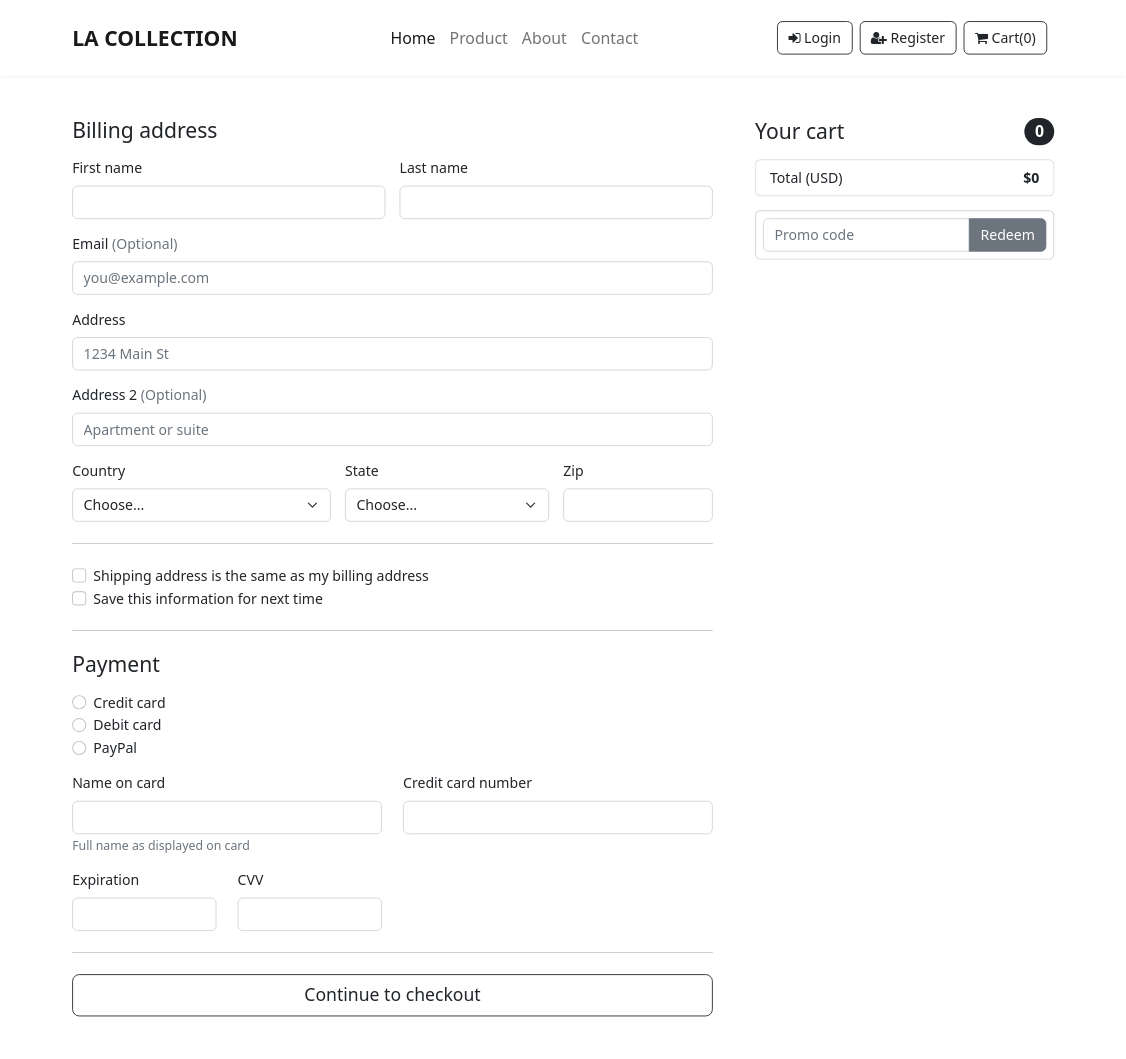
Repository: tiendungjr123/Ecommerce
Page: /checkout
The author's editor kept a copy of each file at every save. The page is drawn from the files as they stood at one save, then again after the next save.
The browser window is 1280 px wide. The pictures show the whole page, at 88% of full size.
The project was rebuilt for these pictures with package versions that can differ from the ones it lists, and the page was loaded fresh each time. Also part of the build but not shown: src/components/Products.jsx, src/components/Home.jsx, src/redux/action/index.js, src/components/ProductDetail.jsx, src/components/About.jsx, src/components/Contact.jsx, src/components/Cart.jsx.

Above is the page before, as saved 2022-10-04 21:14:02.

After the next save:
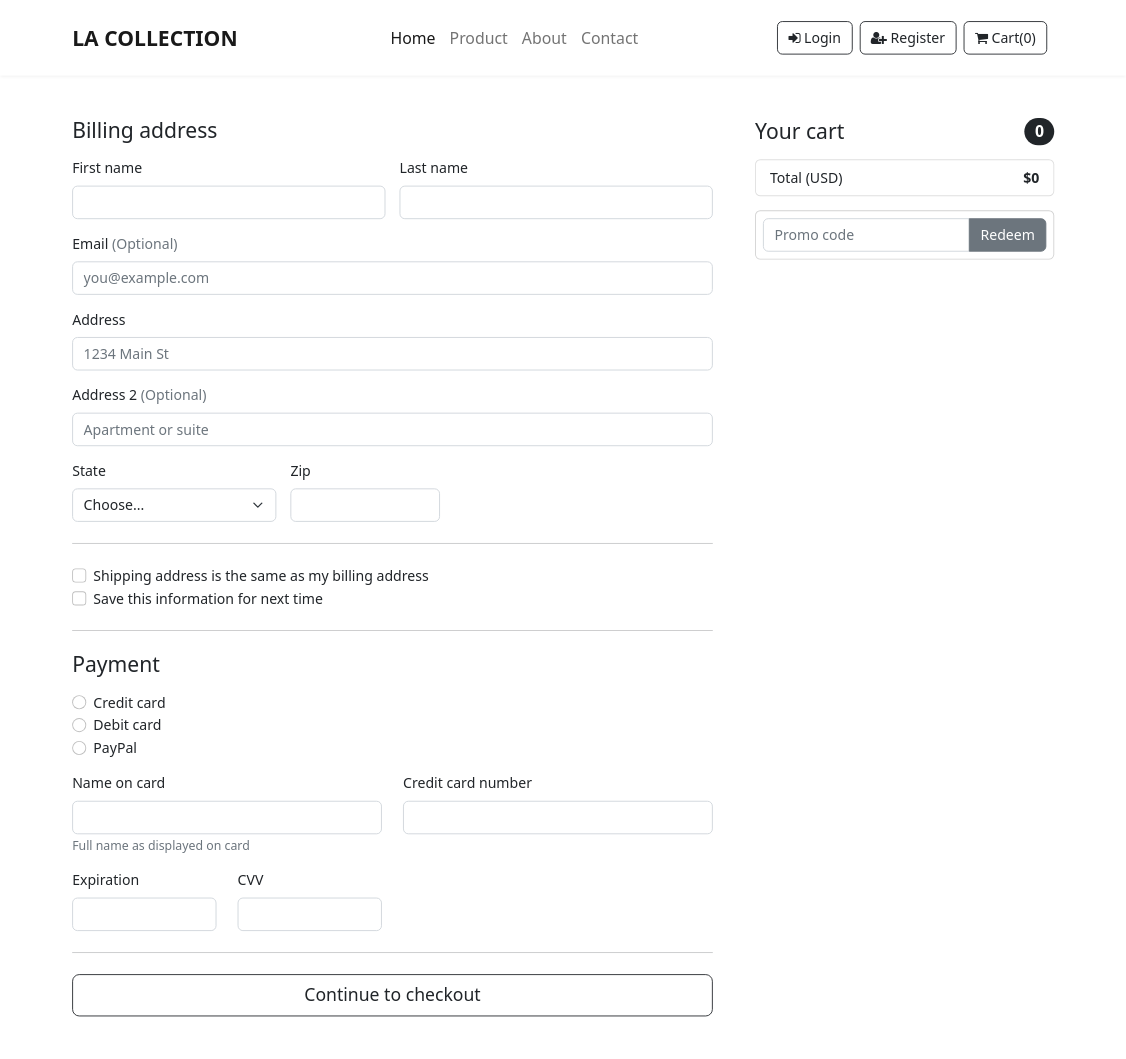
Saved 49 s later.
--- a/src/components/Checkout.jsx
+++ b/src/components/Checkout.jsx
@@ -81,16 +81,7 @@ const Checkout = () => {
                         <input type="text" className="form-control" id="address2" placeholder="Apartment or suite" />
                      </div>
 
-                     <div className="col-md-5">
-                        <label htmlFor="country" className="form-label">Country</label>
-                        <select className="form-select" id="country" required="">
-                           <option value="">Choose...</option>
-                           <option>United States</option>
-                        </select>
-                        <div className="invalid-feedback">
-                           Please select a valid country.
-                        </div>
-                     </div>
+
 
                      <div className="col-md-4">
                         <label htmlFor="state" className="form-label">State</label>
